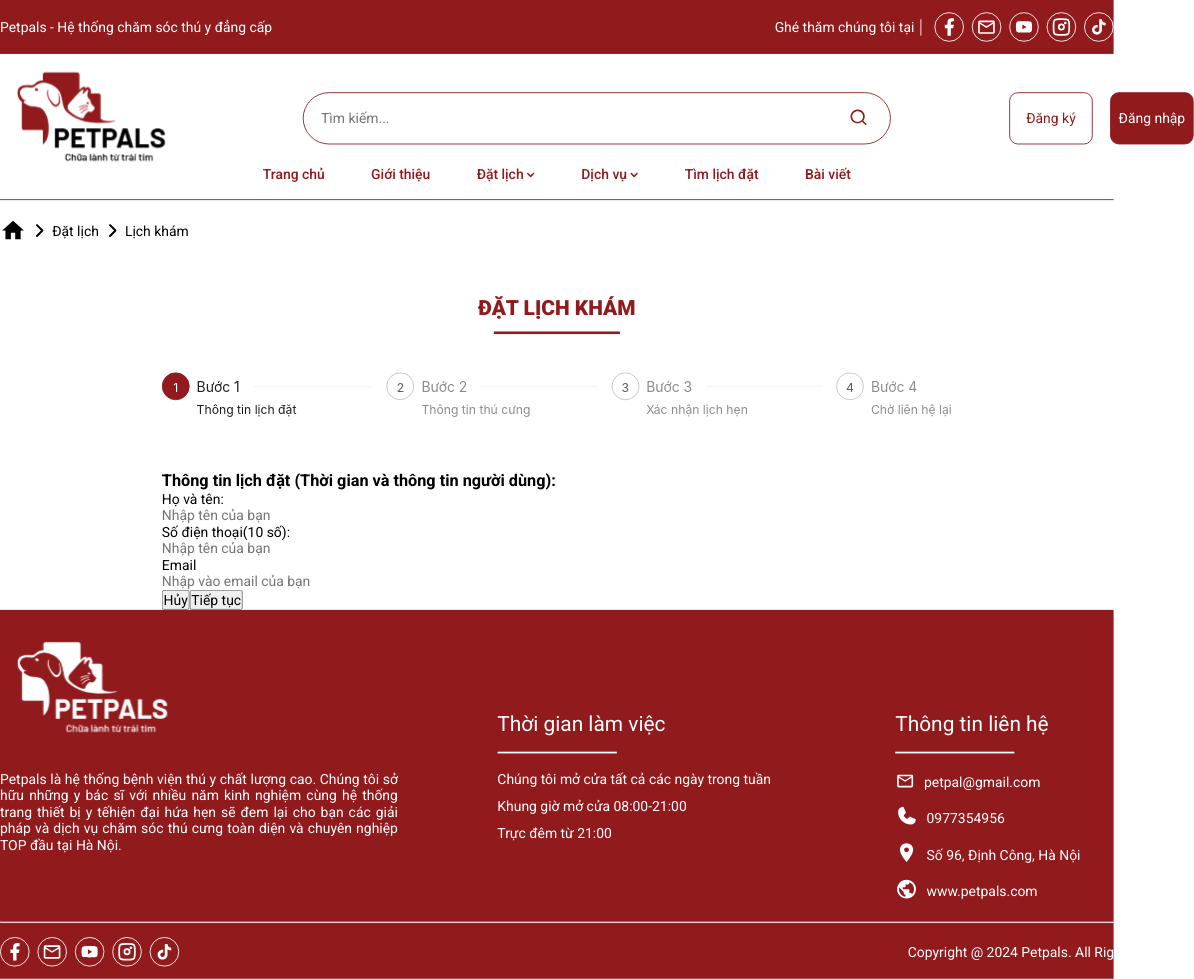
Repository: ahntrung1909/Petpals
Page: /dat-lich/kham-benh (app in petpals-user-main/)
The author's editor kept a copy of each file at every save. The page is drawn from the files as they stood at one save, then again after the next save.
The browser window is 1280 px wide. The page is 1372 px wide, so the pictures cover 1372 px, including what lies to the right of the window. The pictures show the whole page, at 87% of full size.
The project was rebuilt for these pictures with package versions that can differ from the ones it lists, and the page was loaded fresh each time. The framework's server and built-in components were replaced by stand-ins that run in the browser. Also part of the build but not shown: petpals-user-main/next.config.js, petpals-user-main/next.config.mjs.

Above is the page before, as saved 2024-04-10 21:51:00.

### petpals-user-main/src/app/layout.js
import { Footer } from "@/components/Footer/Footer";
import "./global.scss";
import { Header } from "@/components/Header/Header";
import { ToastContainer } from "react-toastify";
import "react-toastify/dist/ReactToastify.css";

export const metadata = {
  title: "Petpals - Chữa lành từ trái tim",
  description: "Petpals",
};

export default function RootLayout({ children }) {
  return (
    <html lang="en">
      <body>
        <Header />
        <ToastContainer />
        {children}
        <Footer />
      </body>
    </html>
  );
}

### petpals-user-main/src/app/dat-lich/kham-benh/page.js
"use client";
import "./style.scss";
import React, { useState } from "react";
import { Steps } from "antd";
import StepItem from "./StepItem";

export default function page() {
  const [bookingInfo, setBookingInfo] = useState({
    id: "",
    userName: "",
    userEmail: "",
    userPhone: "",
  });
  const [current, setCurrent] = useState(0);
  return (
    <main>
      <div className="breadcrumb">
        <img src="/icon/ic_baseline-home.svg" alt="" />
        <img src="/icon/iconamoon_arrow-right-2.svg" alt="" />
        <p>Đặt lịch</p>
        <img src="/icon/iconamoon_arrow-right-2.svg" alt="" />
        <p>Lịch khám</p>
      </div>
      <section className="booking-section">
        <div className="section-heading">ĐẶT LỊCH KHÁM</div>
        <div className="booking-wrapper">
          <Steps
            style={{ marginBottom: "60px" }}
            current={current}
            items={[
              {
                title: "Bước 1",
                description: "Thông tin lịch đặt",
              },
              {
                title: "Bước 2",
                description: "Thông tin thú cưng",
              },
              {
                title: "Bước 3",
                description: "Xác nhận lịch hẹn",
              },
              {
                title: "Bước 4",
                description: "Chờ liên hệ lại",
              },
            ]}
          />
          <StepItem step={current} />
          <div className="btn-wrapper">
            <button
              className="btn prev-btn"
              onClick={() => {
                setCurrent(current - 1);
              }}
            >
              Hủy
            </button>
            <button
              className="btn next-btn"
              onClick={() => {
                setCurrent(current + 1);
              }}
            >
              Tiếp tục
            </button>
          </div>
        </div>
      </section>
    </main>
  );
}

### petpals-user-main/src/components/Footer/Footer.js
import { Socialicon } from "../Socialicon/Socialicon";
import "./style.scss";
export const Footer = () => {
  return (
    <footer>
      <div className="row row-1">
        <div className="logo">
          <img src="/img/logo_am_ban.svg" alt="" />
        </div>
        <div className="working-time">Thời gian làm việc</div>
        <div className=" contact-info">Thông tin liên hệ</div>
      </div>
      <div className="row">
        <div className="about">
          Petpals là hệ thống bệnh viện thú y chất lượng cao. Chúng tôi sở hữu
          những y bác sĩ với nhiều năm kinh nghiệm cùng hệ thống trang thiết bị
          y tếhiện đại hứa hẹn sẽ đem lại cho bạn các giải pháp và dịch vụ chăm
          sóc thú cưng toàn diện và chuyên nghiệp TOP đầu tại Hà Nội.
        </div>
        <ul className="working-time-more">
          <li>Chúng tôi mở cửa tất cả các ngày trong tuần</li>
          <li>Khung giờ mở cửa 08:00-21:00</li>
          <li>Trực đêm từ 21:00</li>
        </ul>
        <ul className="contact-info-more">
          <li className="contact-item">
            <span>
              <img src="/icon/material-symbols_mail-outline.svg" alt="" />
            </span>
            petpal@gmail.com
          </li>
          <li className="contact-item">
            <span>
              <img src="/icon/ph_phone-fill.svg" alt="" />
            </span>
            0977354956
          </li>
          <li className="contact-item">
            <span>
              <img src="/icon/mdi_location.svg" alt="" />
            </span>
            Số 96, Định Công, Hà Nội
          </li>
          <li className="contact-item">
            <span>
              <img src="/icon/mdi_earth.svg" alt="" />
            </span>
            www.petpals.com
          </li>
        </ul>
      </div>
      <hr />
      <div className="footer-bottom">
        <Socialicon />
        <div>Copyright @ 2024 Petpals. All Rights Reverved</div>
      </div>
    </footer>
  );
};

### petpals-user-main/src/app/global.scss
@import url("https://fonts.googleapis.com/css2?family=Roboto:ital,wght@0,100;0,300;0,400;0,500;0,700;0,900;1,100;1,300;1,400;1,500;1,700;1,900&display=swap");
@import "../style/variable";
* {
  padding: 0;
  margin: 0;
  box-sizing: border-box;
}
body {
  font-family: "Roboto", sans-serif;
  font-size: 16px;
}
a {
  text-decoration: none;
  color: black;
}
ul,
li {
  list-style: none;
}
input,
textarea {
  width: 100%;
  border: none;
  outline: none;
  font-family: "Roboto", sans-serif;
  font-size: 16px;
}
img {
  width: 100%;
}
button {
  font-family: "Roboto", sans-serif;
  font-size: 16px;
}
label {
  font-family: "Roboto", sans-serif;
  font-size: 16px;
}

// custom scroll bar
::-webkit-scrollbar-track {
  background-color: #f5f5f5;
}

::-webkit-scrollbar {
  width: 6px;
  height: 6px;
  background-color: #f5f5f5;
}

::-webkit-scrollbar-thumb {
  background-image: linear-gradient($BROWN_500, $RED_500);
  // border-radius: 10px;
}
::-webkit-scrollbar-thumb:horizontal {
  background-image: linear-gradient(to right, $BROWN_500, $RED_500);
  // border-radius: 10px;
}

### petpals-user-main/src/app/dat-lich/kham-benh/style.scss
@import "../../../style/variable";
@import "../../../style/base";

.booking-wrapper {
  width: 908px;
  margin: 0 auto;
  .ant-steps-item-icon {
    background-color: $BROWN_500 !important;
    border-color: $BROWN_500 !important;
  }
  .ant-steps-item-wait .ant-steps-item-icon {
    background-color: transparent !important;
    border-color: rgba(0, 0, 0, 0.25) !important;
    color: rgba(0, 0, 0, 0.25) !important;
  }
  .ant-steps-item-finish .ant-steps-item-icon {
    background-color: transparent !important;
    .anticon-check {
      color: $BROWN_500;
    }
  }
  .ant-steps
    .ant-steps-item-finish
    > .ant-steps-item-container
    > .ant-steps-item-content
    > .ant-steps-item-title::after {
    background-color: $BROWN_500 !important;
  }
}

### petpals-user-main/src/app/dat-lich/kham-benh/StepItem.js
import React from "react";

export default function StepItem({ step }) {
  if (step === 0) {
    return (
      <form>
        <h3>Thông tin lịch đặt (Thời gian và thông tin người dùng):</h3>
        <div className="input-group">
          <label htmlFor="">Họ và tên: </label>
          <input type="text" placeholder="Nhập tên của bạn" />
        </div>
        <div className="input-group">
          <label htmlFor="">Số điện thoại(10 số):</label>
          <input type="text" placeholder="Nhập tên của bạn" />
        </div>
        <div className="input-group">
          <label htmlFor="">Email</label>
          <input type="text" placeholder="Nhập vào email của bạn" />
        </div>
        <div className="input-group"></div>
      </form>
    );
  }
  if (step === 1) {
    return <div>Step 2</div>;
  }
  if (step === 2) {
    return <div>Step 3</div>;
  }
  if (step === 3) {
    return <div>Step 4</div>;
  }
}

### petpals-user-main/src/components/Socialicon/Socialicon.js
import "./style.scss";
export const Socialicon = () => {
  return (
    <div className="list-social-icon">
      <div className="icon-item">
        <img src="/icon/ri_facebook-fill.svg" alt="icon-facebook" />
      </div>
      <div className="icon-item">
        <img src="/icon/material-symbols_mail-outline.svg" alt="icon-mail" />
      </div>
      <div className="icon-item">
        <img src="/icon/mdi_youtube.svg" alt="icon-youtube" />
      </div>
      <div className="icon-item">
        <img src="/icon/lets-icons_insta.svg" alt="icon-insta" />
      </div>
      <div className="icon-item">
        <img src="/icon/ic_baseline-tiktok.svg" alt="icon-tiktok" />
      </div>
    </div>
  );
};

### petpals-user-main/src/components/Footer/style.scss
@import "../../style/variable";
footer {
  display: block;
  width: 100vw;
  height: 424px;
  background-color: $BROWN_500;
  padding: 20px 0;
}
.row {
  width: 1372px;
  margin: 0 auto;
  display: grid;
  grid-template-columns: repeat(12, 1fr);
  row-gap: 20px;
  color: white;
  margin-bottom: 20px;
}
.row-1 {
  align-items: flex-end;
}
.logo {
  width: 214px;
  grid-column: 1/5;
}
.working-time {
  grid-column: 6/10;
  position: relative;
  font-size: 24px;
  padding-bottom: 20px;
  &::after {
    content: "";
    width: 137px;
    height: 2px;
    background-color: white;
    position: absolute;
    left: 0;
    bottom: 0;
  }
}
.contact-info {
  position: relative;
  grid-column: 10/13;
  font-size: 24px;
  padding-bottom: 20px;
  &::after {
    content: "";
    width: 137px;
    height: 2px;
    background-color: white;
    position: absolute;
    left: 0;
    bottom: 0;
  }
}
.about {
  grid-column: 1/5;
  text-align: justify;
}
.working-time-more {
  grid-column: 6/10;
  display: flex;
  flex-direction: column;
  gap: 12px;
}
.contact-info-more {
  grid-column: 10/13;
  display: flex;
  flex-direction: column;
  gap: 12px;
}
.contact-item {
  display: flex;
  gap: 10px;
  align-items: center;
}
.footer-bottom {
  width: 1372px;
  margin: 0 auto;
  margin-top: 16px;
  color: white;
  display: flex;
  align-items: center;
  justify-content: space-between;
}

### petpals-user-main/src/style/_variable.scss
$BROWN_50: rgb(244, 232, 232);
$BROWN_100: rgb(221, 184, 185);
$BROWN_200: rgb(204, 150, 151);
$BROWN_300: rgb(181, 102, 104);
$BROWN_400: rgb(167, 72, 74);
$BROWN_500: rgb(145, 26, 29);
$BROWN_600: rgb(132, 24, 26);
$BROWN_700: rgb(103, 18, 21);
$BROWN_800: rgb(80, 14, 16);
$BROWN_900: rgb(61, 11, 12);
$RED_50: rgb(255, 247, 247);
$RED_100: rgb(255, 230, 231);
$RED_200: rgb(255, 217, 219);
$RED_300: rgb(255, 200, 202);
$RED_400: rgb(255, 189, 192);
$RED_500: rgb(255, 173, 176);
$RED_600: rgb(232, 157, 160);
$RED_700: rgb(181, 123, 125);
$RED_800: rgb(140, 95, 97);
$RED_900: rgb(107, 73, 74);
$BROWN_DARK_50: rgb(236, 233, 233);
$BROWN_DARK_100: rgb(195, 186, 186);
$BROWN_DARK_200: rgb(165, 152, 152);
$BROWN_DARK_300: rgb(124, 105, 106);
$BROWN_DARK_400: rgb(99, 76, 77);
$BROWN_DARK_500: rgb(60, 31, 32);
$BROWN_DARK_600: rgb(55, 28, 29);
$BROWN_DARK_700: rgb(43, 22, 23);
$BROWN_DARK_800: rgb(33, 17, 18);
$BROWN_DARK_900: rgba(25, 13, 13, 0.2);

### petpals-user-main/src/components/Header/style.scss
@import "../../style/_variable";

header {
  height: 230px;
  border-bottom: 1px solid $BROWN_500;
}
div:has(.wrap):nth-child(1) {
  background-color: $BROWN_500;
  height: 62px;
  display: flex;
  align-items: center;
}
.wrap {
  width: 1372px;
  margin: 0 auto;
}
.top-header {
  display: flex;
  justify-content: space-between;
  align-items: center;
  color: white;
}
.social-connect {
  display: flex;
  align-items: center;
  gap: 15px;
}
.social-connect > p {
  padding: 0px 7px;
  border-right: 1px solid white;
}
div:has(.wrap):nth-child(2) {
  padding-top: 18px;
}
.main-header {
  display: flex;
  align-items: center;
  justify-content: space-between;
}
.petpals-logo {
  display: block;
  width: 211px;
  height: 111px;
}
.header-main-right {
  display: flex;
  width: 1024px;
  justify-content: space-between;
  align-items: center;
}
.search-input {
  display: flex;
  position: relative;

  input {
    width: 676px;
    height: 60px;
    padding: 0px 60px 0px 20px;
    border: 1px solid $BROWN_500;
    border-radius: 99px;
    display: flex;
    justify-content: center;
    align-items: center;
  }
  .icon-item {
    right: 20px;
    top: 50%;
    transform: translateY(-50%);
    position: absolute;
    cursor: pointer;
  }
}
.btn-group {
  display: flex;
  gap: 20px;
  text-align: center;
  .btn {
    display: flex;
    justify-content: center;
    align-items: center;
    width: 96px;
    height: 60px;
    border: 1px solid $BROWN_500;
    border-radius: 10px;
    color: $BROWN_500;
  }
  .btn:nth-child(1):hover {
    background-color: $BROWN_500;
    color: white;
  }
  .btn:nth-child(2) {
    color: white;
    background-color: $BROWN_500;
    &:hover {
      background-color: $BROWN_300;
    }
  }
}
.nav {
  display: flex;
  align-items: center;
  justify-content: space-between;
  width: 676px;
  margin: 0 auto;
  color: $BROWN_500;
  font-weight: 500;
  z-index: 99;

  &-item {
    display: flex;
    position: relative;
    align-items: center;
    cursor: pointer;
    padding-bottom: 8px;
    &.active > span,
    &.active > a {
      font-weight: 900;
    }
    &:hover .sub-nav:not(.nav-2) {
      display: flex;
    }
    span {
      display: flex;
      justify-content: center;
      align-items: center;
      color: $BROWN_500;
    }
    a {
      display: flex;
      justify-content: center;
      align-items: center;
      color: $BROWN_500;
      width: 100%;
      height: 100%;
    }
    &:hover > a {
      color: $RED_500;
    }
    &:hover > span {
      color: $RED_500;
    }
  }
}
.sub-nav {
  position: absolute;
  z-index: 99;
  top: 100%;
  left: 0;
  border-radius: 10px;
  box-shadow: 0 15px 15px 15px rgba(0, 0, 0, 0.05);
  box-shadow: 0 15px 15px rgba(0, 0, 0, 0.1);
  border: 0.5px solid rgba(0, 0, 0, 0.15);
  background-color: white;
  padding: 8px;
  display: none;
  flex-direction: column;
  gap: 8px;
  &.nav-2 {
    position: absolute;
    top: 0;
    left: 100%;
    transform: translate(8px, -8px);
    display: none;
  }
  &-item {
    position: relative;
    display: flex;
    align-items: center;
    justify-content: space-between;
    &::after {
      content: "";
      width: 8px;
      height: 100%;
      position: absolute;
      top: 0;
      right: -8px;
    }
    &:hover {
      background-color: rgba(0, 0, 0, 0.05);
    }
    &:hover .sub-nav.nav-2 {
      display: flex;
    }
    a {
      width: 100%;
      height: 100%;
      display: flex;
      justify-content: left;
      padding: 12px 16px;
    }
    span {
      padding: 12px 16px;
    }
    &-active > span,
    &-active > a {
      font-weight: 600;
    }
  }
}
.user-login-controller {
  display: flex;
  align-items: center;
  gap: 8px;
  cursor: pointer;
  position: relative;

  &:hover .sub-nav {
    display: flex;
    left: inherit;
    right: 0;
  }
}

### petpals-user-main/src/style/_base.scss
.section-heading {
  width: fit-content;
  margin: 60px auto;
  color: $BROWN_500;
  position: relative;
  font-size: 24px;
  font-weight: 800;
  text-transform: uppercase;
  &::after {
    content: "";
    width: 80%;
    height: 3px;
    position: absolute;
    bottom: -16px;
    left: 50%;
    transform: translateX(-50%);
    background-color: $BROWN_500;
  }
}
.breadcrumb {
  width: 1372px;
  margin: 0 auto;
  display: flex;
  align-items: center;
  padding-top: 20px;
  img {
    width: 30px;
    height: 30px;
  }
}

### petpals-user-main/src/components/Socialicon/style.scss
.list-social-icon {
  display: flex;
  gap: 9px;
}
.icon-item {
  width: 34px;
  height: 34px;
  border: 1px solid white;
  padding: 4px;
  border-radius: 99px;
  display: flex;
  justify-content: center;
  align-items: center;
}

Loaded but not shown: petpals-user-main/src/components/Header/Header.js (271 lines, source omitted)

After the next save:
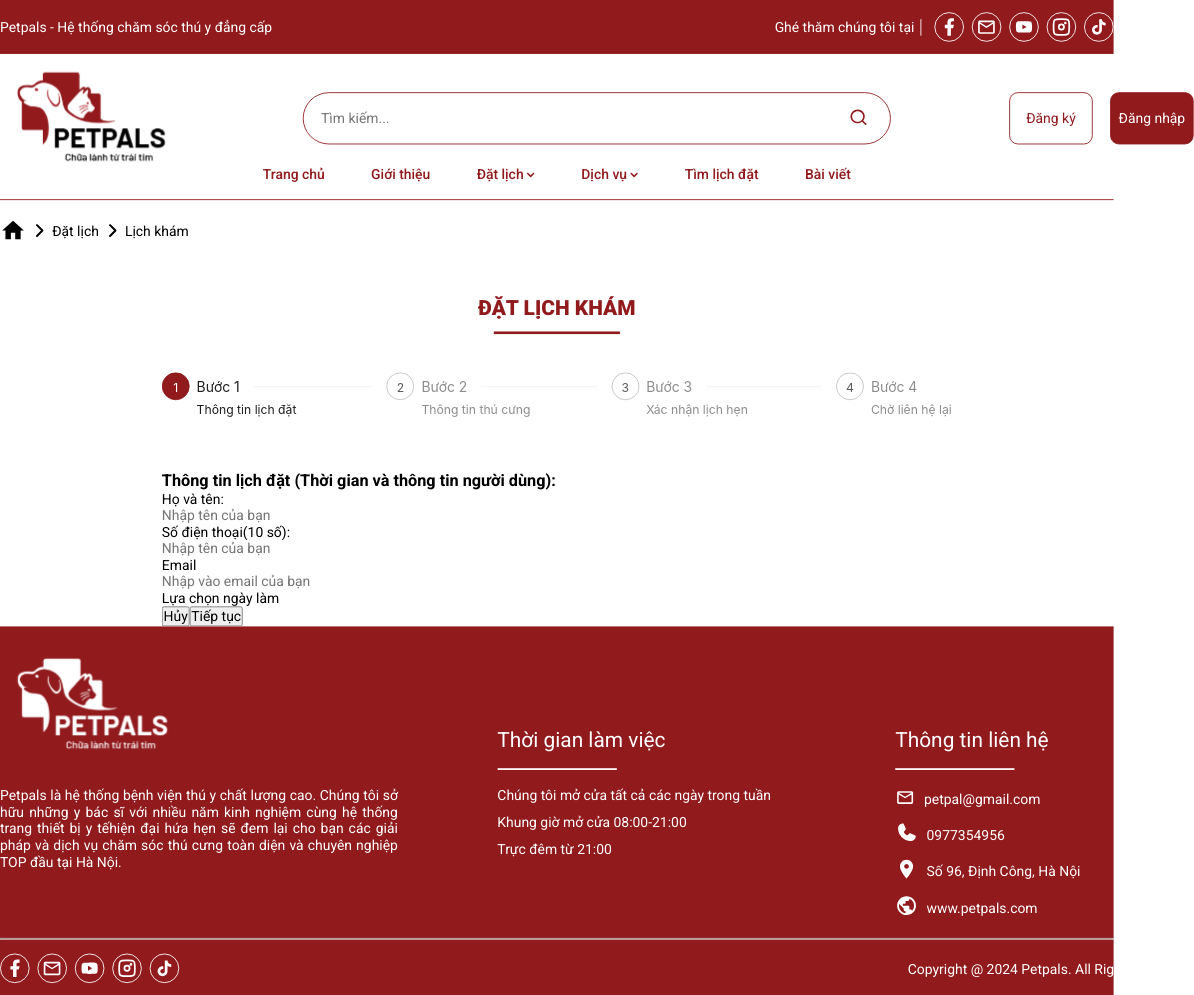
Saved 12 s later.
--- a/petpals-user-main/src/app/dat-lich/kham-benh/StepItem.js
+++ b/petpals-user-main/src/app/dat-lich/kham-benh/StepItem.js
@@ -17,7 +17,9 @@ export default function StepItem({ step }) {
           <label htmlFor="">Email</label>
           <input type="text" placeholder="Nhập vào email của bạn" />
         </div>
-        <div className="input-group"></div>
+        <div className="input-group">
+          <label htmlFor="">Lựa chọn ngày làm</label>
+        </div>
       </form>
     );
   }
